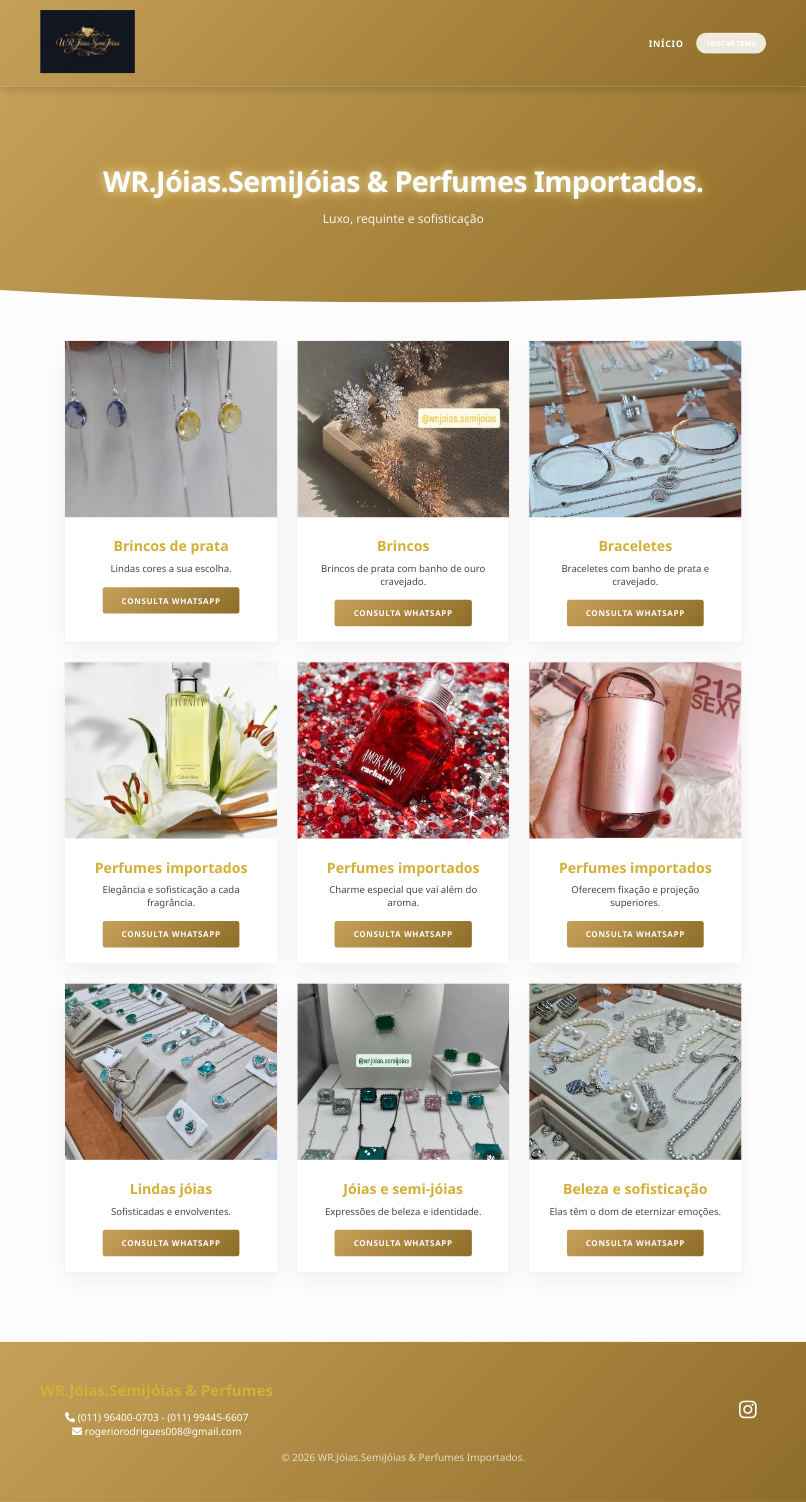
Repository: Sandro1969-tech/joias-perfumes
Page: index.html
These files come from the project's save history. The page is drawn as it stood at one moment and after the next save; the edit follows.
The browser window is 1280 px wide. The pictures show the whole page, at 63% of full size.

Above is the page before, as saved 2026-01-28 18:19:32.

### index.html
<!DOCTYPE html>
<html lang="pt-br">
<head>
    <meta charset="UTF-8">
    <meta name="viewport" content="width=device-width, initial-scale=1.0">
    <title>WR.Jóias.SemiJóias & Perfumes Importados</title>
    <link rel="stylesheet" href="https://cdnjs.cloudflare.com/ajax/libs/font-awesome/6.0.0/css/all.min.css">
    <link rel="shortcut icon" href="assets/image/icone.png" type="image/x-icon">

    <style>
      :root {
        /* PALETA LUXO MODERNA */
        --primary-gradient: linear-gradient(135deg, #c5a059, #8e6d28); /* Dourado Champagne */
        --bg-color: #fdfdfd;
        --text-color: #1a1a1a;
        --card-bg: #ffffff;
        --accent-color: #d4af37;
        --button-hover: #1a1a1a;
      }

        [data-theme="dark"] {
            --bg-color: #0a0a0a;
            --text-color: #e5e5e5;
            --card-bg: #141414;
            --accent-color: #f3cf7a;
            --primary-gradient: linear-gradient(135deg, #2c2c2c, #000000);
        }

        /* RESET E GERAL */
        * {
            margin: 0; padding: 0; box-sizing: border-box;
            transition: background 0.4s ease, color 0.4s ease;
            font-family: 'Segoe UI', Tahoma, sans-serif;
        }

        body {
            background-color: var(--bg-color);
            color: var(--text-color);
        }

        /* HEADER E MENU */
        header {
            background: var(--primary-gradient);
            padding: 1rem 5%;
            display: flex;
            justify-content: space-between;
            align-items: center;
            position: sticky; top: 0; z-index: 1000;
            box-shadow: 0 4px 15px rgba(0,0,0,0.2);
        }

        .hero h1 {
          animation: pulse 1.5s infinite, glow 2s infinite;
        }

        /* Efeito de pulsar (escala) */
        @keyframes pulse {
          0% { transform: scale(1); }
          50% { transform: scale(1.02); }
          100% { transform: scale(1); }
        }

        /* Efeito de brilho pulsante moderno */
        @keyframes glow {
          0% { text-shadow: 0 0 5px rgba(255,255,255,0.3), 0 0 10px var(--accent-color); }
          50% { text-shadow: 0 0 15px rgba(255,255,255,0.6), 0 0 25px var(--accent-color); }
          100% { text-shadow: 0 0 5px rgba(255,255,255,0.3), 0 0 10px var(--accent-color); }
        }

        .logo img { height: 100px; }

        .nav-container { display: flex; align-items: center; gap: 20px; }

        .nav-links { display: flex; list-style: none; gap: 20px; }

        .nav-links a {
            color: white; text-decoration: none; font-weight: bold;
            transition: 0.3s;
            text-transform: uppercase;
            letter-spacing: 1px;
            font-size: 0.9rem;
        }
        .nav-links a:hover { color: var(--accent-color); }

        /* BOTÃO TEMA */
        #theme-toggle {
            background: rgba(255, 255, 255, 0.849);
            border: 1px solid rgba(255,255,255,0.5);
            color: white;
            padding: 8px 15px;
            border-radius: 20px;
            cursor: pointer;
            font-weight: bold;
            text-transform: uppercase;
            font-size: 0.7rem;
        }

        /* HERO SECTION */
        .hero {
            text-align: center;
            padding: 120px 20px;
            background: var(--primary-gradient);
            color: white;
            clip-path: ellipse(150% 100% at 50% 0%);
        }

        .hero h1 { font-size: 2.8rem; margin-bottom: 15px; letter-spacing: -1px; }
        .hero p { opacity: 0.9; font-weight: 300; font-size: 1.2rem; }

        /* GRID DE 3 COLUNAS */
        .destinos-container {
            display: grid;
            grid-template-columns: repeat(3, 1fr);
            gap: 30px;
            padding: 60px 8%;
            max-width: 1400px;
            margin: 0 auto;
        }

        .card {
            background: var(--card-bg);
            border-radius: 2px; /* Bordas mais retas passam mais luxo */
            overflow: hidden;
            box-shadow: 0 15px 35px rgba(0,0,0,0.05);
            border: 1px solid rgba(0,0,0,0.05);
            transition: transform 0.4s ease, box-shadow 0.4s ease;
        }

        .card:hover {
            transform: translateY(-12px);
            box-shadow: 0 20px 40px rgba(0,0,0,0.1);
        }

        .card img { width: 100%; height: 280px; object-fit: cover; }

        .card-content { padding: 25px; text-align: center; }
        .card-content h3 { margin-bottom: 10px; color: var(--accent-color); font-size: 1.4rem; }
        .card-content p { font-size: 0.95rem; opacity: 0.8; }

        /* BOTÕES */
        .btn-reserva {
            display: inline-block;
            margin-top: 20px;
            padding: 12px 30px;
            background: var(--primary-gradient);
            color: white;
            text-decoration: none;
            border-radius: 4px;
            font-weight: bold;
            text-transform: uppercase;
            font-size: 0.8rem;
            letter-spacing: 1px;
            transition: all 0.4s cubic-bezier(0.175, 0.885, 0.32, 1.275);
        }

        .btn-reserva:hover {
            background: var(--button-hover);
            transform: scale(1.05);
            box-shadow: 0 8px 20px rgba(142, 109, 40, 0.3);
        }

        /* RODAPÉ */
        footer {
            background: var(--primary-gradient);
            color: white;
            padding: 60px 5%;
            text-align: center;
            margin-top: 50px;
        }

        .footer-content {
            display: flex; justify-content: space-between;
            align-items: center; flex-wrap: wrap; gap: 30px;
        }

        .footer-info h2 { font-size: 1.5rem; margin-bottom: 15px; color: var(--accent-color); }

        .social-icon {
            color: white; font-size: 2rem; margin: 0 15px;
            transition: 0.4s; display: inline-block;
        }
        .social-icon:hover { transform: translateY(-8px); color: var(--accent-color); }

        /* RESPONSIVIDADE */
        @media (max-width: 1024px) { .destinos-container { grid-template-columns: repeat(2, 1fr); } }
        @media (max-width: 768px) {
            .destinos-container { grid-template-columns: 1fr; }
            .nav-links { display: none; }
        }
    </style>
</head>
<body>

    <header>
        <div class="logo">
            <img src="assets/image/logo.png" alt="WR Jóias">
        </div>
        <nav class="nav-container">
            <ul class="nav-links">
                <li><a href="#">Início</a></li>
            </ul>
            <button id="theme-toggle">Trocar Tema</button>
        </nav>
    </header>

    <section class="hero">
        <h1>WR.Jóias.SemiJóias & Perfumes Importados.</h1>
        <p>Luxo, requinte e sofisticação</p>
    </section>

    <main class="destinos-container">
        <div class="card">
            <img src="assets/image/joia1.png" alt="Brincos">
            <div class="card-content">
                <h3>Brincos de prata</h3>
                <p>Lindas cores a sua escolha.</p>
                <a href="#" class="btn-reserva">Consulta whatsapp</a>
            </div>
        </div>
        <div class="card">
            <img src="assets/image/joia4.png" alt="Brincos">
            <div class="card-content">
                <h3>Brincos</h3>
                <p>Brincos de prata com banho de ouro cravejado.</p>
                <a href="#" class="btn-reserva">Consulta whatsapp</a>
            </div>
        </div>
        <div class="card">
            <img src="assets/image/joia5.png" alt="Bracelete">
            <div class="card-content">
                <h3>Braceletes</h3>
                <p>Braceletes com banho de prata e cravejado.</p>
                <a href="#" class="btn-reserva">Consulta whatsapp</a>
            </div>
        </div>
        <div class="card">
            <img src="assets/image/eternity.png" alt="Perfume">
            <div class="card-content">
                <h3>Perfumes importados</h3>
                <p>Elegância e sofisticação a cada fragrância.</p>
                <a href="#" class="btn-reserva">Consulta whatsapp</a>
            </div>
        </div>
        <div class="card">
            <img src="assets/image/cacharrel.png" alt="Perfume">
            <div class="card-content">
                <h3>Perfumes importados</h3>
                <p>Charme especial que vai além do aroma.</p>
                <a href="#" class="btn-reserva">Consulta whatsapp</a>
            </div>
        </div>
        <div class="card">
            <img src="assets/image/sexy.png" alt="Perfume">
            <div class="card-content">
                <h3>Perfumes importados</h3>
                <p>Oferecem fixação e projeção superiores.</p>
                <a href="#" class="btn-reserva">Consulta whatsapp</a>
            </div>
        </div>

        <div class="card">
            <img src="assets/image/joia7.png" alt="joias">
            <div class="card-content">
                <h3>Lindas jóias</h3>
                <p>Sofisticadas e envolventes.</p>
                <a href="#" class="btn-reserva">Consulta whatsapp</a>
            </div>
        </div>

        <div class="card">
            <img src="assets/image/joia8.png" alt="joias">
            <div class="card-content">
                <h3>Jóias e semi-jóias</h3>
                <p>Expressões de beleza e identidade.</p>
                <a href="#" class="btn-reserva">Consulta whatsapp</a>
            </div>
        </div>

        <div class="card">
            <img src="assets/image/perola.png" alt="joias">
            <div class="card-content">
                <h3>Beleza e sofisticação</h3>
                <p>Elas têm o dom de eternizar emoções.</p>
                <a href="#" class="btn-reserva">Consulta whatsapp</a>
            </div>
        </div>
    </main>

    <footer>
        <div class="footer-content">
            <div class="footer-info">
                <h2>WR.Jóias.SemiJóias & Perfumes</h2>
                <p><i class="fas fa-phone"></i> (011) 96400-0703 - (011) 99445-6607</p>
                <p><i class="fas fa-envelope"></i> rogeriorodrigues008@gmail.com</p>
            </div>
            <div class="footer-socials">
                <a href="https://www.instagram.com/wr.joias.semijoias?igsh=MTc0eHdubjJiMHdxeQ==" class="social-icon"><i class="fab fa-instagram"></i></a>
            </div>
        </div>
        <p style="margin-top:20px; opacity:0.7;">&copy; 2026 WR.Jóias.SemiJóias & Perfumes Importados.</p>
    </footer>

    <script>
        const themeBtn = document.getElementById('theme-toggle');
        const body = document.body;

        themeBtn.onclick = () => {
            if (body.hasAttribute('data-theme')) {
                body.removeAttribute('data-theme');
                localStorage.setItem('theme', 'light');
                themeBtn.innerText = "Trocar Tema";
            } else {
                body.setAttribute('data-theme', 'dark');
                localStorage.setItem('theme', 'dark');
                themeBtn.innerText = "Modo Claro";
            }
        };

        if (localStorage.getItem('theme') === 'dark') {
            body.setAttribute('data-theme', 'dark');
            themeBtn.innerText = "Modo Claro";
        }
    </script>
</body>
</html>

After the next save:
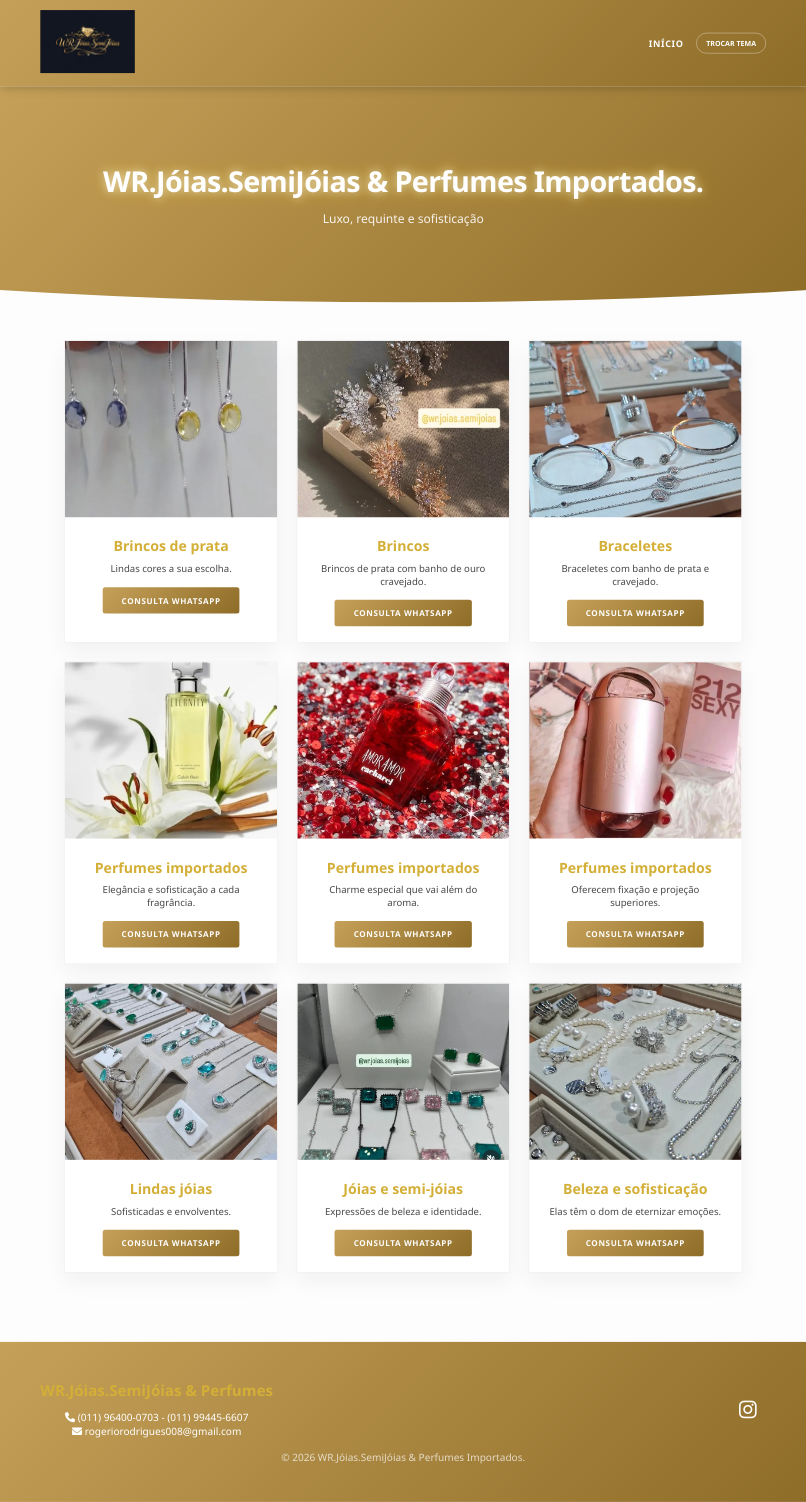
Saved 13 s later.
--- a/index.html
+++ b/index.html
@@ -84,7 +84,7 @@
 
         /* BOTÃO TEMA */
         #theme-toggle {
-            background: rgba(255, 255, 255, 0.849);
+            background: rgba(255, 255, 255, 0);
             border: 1px solid rgba(255,255,255,0.5);
             color: white;
             padding: 8px 15px;
